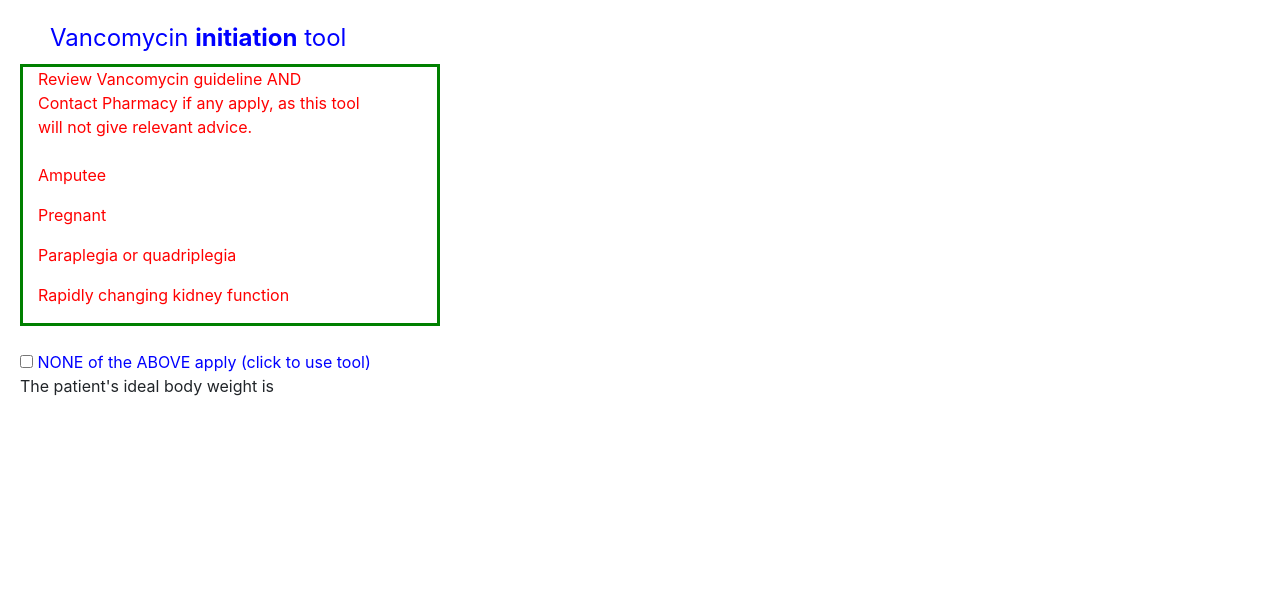
Repository: Mismiles/project-clinical-calculator
Page: index.html
The author's editor kept a record of every edit. The page is drawn from the files as they stood at one moment, then again after the next edit.
The browser window is 1280 px wide. The pictures show the whole page.

Above is the page before.

### index.html
<!doctype html>
<html lang="en">
  <head>
    <!-- Required meta tags -->
    <meta charset="utf-8">
    <meta name="viewport" content="width=device-width, initial-scale=1, shrink-to-fit=no">

    <!-- Bootstrap CSS -->
    <link rel="stylesheet" href="https://stackpath.bootstrapcdn.com/bootstrap/4.3.1/css/bootstrap.min.css" integrity="sha384-ggOyR0iXCbMQv3Xipma34MD+dH/1fQ784/j6cY/iJTQUOhcWr7x9JvoRxT2MZw1T" crossorigin="anonymous">

    <!-- Custom CSS -->
    <link href="css/stylesheet.css" rel="stylesheet">

    <title>Vancomycin calculation tool</title>

  </head>
  <body>

<form name="vanc">
<fieldset>

<!-- Form Name -->
<legend>Vancomycin <b>initiation</b> tool</legend>

<!-- Parameters -->
<section id='parameters'>
  <div class="col-lg-4 statement" for="parameters" style="color:red">Review Vancomycin guideline AND <br> Contact Pharmacy if any apply, as this tool <br> will not give relevant advice.
    <br>
    <br>
    <p>Amputee</p>
    <p>Pregnant</p>
    <p>Paraplegia or quadriplegia</p>
    <p>Rapidly changing kidney function</p>
	</div>
</section>

<!-- Safe to use tool-->
	<br>
	<div style="color:blue">
      <input type="checkbox" name="parameters" id="showform" onclick="displayForm(); hideParameters();">
      NONE of the ABOVE apply (click to use tool)
</div>

<section id='vancform'>
<!-- Indication-->
<br>
<div class="form-group">
  <label class="col-md-4 control-label" for="indication"><b>Indication</b></label>
  <div class="col-md-4">
  <input id="ind" name="indication" type="text" autocomplete="off" placeholder="Specify" class="form-control input-md" required="">
  </div>
</div>

<!-- Gender -->
<div class="form-group">
  <label class="col-md-4 control-label" for="gender"><b>Gender</b></label>
  <div class="col-md-4">
   <div class="btn-group btn-group-toggle" data-toggle="buttons">
  <label class="btn btn-outline-primary">
    <input type="radio" name="options" id="male" value="males" onclick="getGender()"> Male
  </label>
  <label class="btn btn-outline-danger">
    <input type="radio" name="options" id="female" value="females" onclick="getGender()"> Female
  </label>
</div>
  </div>
</div>

<!-- Age-->
<div class="form-group">
  <label class="col-md-4 control-label" for="age"><b>Age</b></label>
  <div class="col-md-4">
  <input id="age" name="age" type="text" maxlength="3" placeholder="Age in years" autocomplete="off" class="form-control input-md" required="">
  </div>
</div>

<!-- Weight-->
<div class="form-group">
  <label class="col-md-4 control-label" for="weight"><b>Weight in kg</b></label>
  <div class="col-md-4">
  <input id="weight" name="weight" type="text" maxlength="3" placeholder="Weight in kg" autocomplete="off" class="form-control input-md" required="">
</div>
</div>

<!-- Date picker-->
<div class="form-group">
        <label class="col-md-4 control-label" for="date"><b>Date Weight Taken</b></label>
          <div class="col-md-4">
        <input id="form-control input-md date" name="date" autocomplete="off" placeholder="MM/DD/YYY" type="date" required="" onclick="verifyDate()">
          </div>
</div>
<p id="datemessage"></p>

  <div class="checkbox">
    <label for="parameters-0">
      <input type="radio" name="parameters" id="abnormalWeight" value="" onclick="toggleIBW(); displayHeight();">
      Abnormal Weight (BMI &lt; 18.5 OR BMI &gt; 25) <br><span style="color:green"><i>Tick to help calculate BMI</i></span>
    </label>
	</div>

	 <div class="checkbox">
    <label for="parameters-1">
      <input type="radio" name="parameters" id="normalweight" value="" onclick="toggleIBW(); displayHeight();">
      Normal weight (BMI &gt; 18.5 and &lt; 25)
    </label>
	</div>
</div>
</div>

<!-- Height-->
<section id="heightbox" class="form-group">
  <label class="col-md-4 control-label" for="height"><b>Height</b></label>
  <div class="col-md-4">
  <input id="height" name="height" type="text" maxlength="3" autocomplete="off" placeholder="Height in cm" class="form-control input-md" required="">
</div>
</section>

<!-- Creatinine-->
<div class="form-group">
  <label class="col-md-4 control-label" for="creatinine"><b>Serum Creatinine in µmol/L</b></label>
  <div class="col-md-4">
  <input id="creatinine" name="creatinine" type="text" autocomplete="off" maxlength="3" placeholder="Creatinine" class="form-control input-md" data-bind="value:replyNumber" required="">
  </div>
</div>

<!-- Button -->
<div class="form-group">
  <label class="col-md-4 control-label" for="calculate"></label>
  <div class="col-md-4">
    <script type="text/javascript" src="js/calculation.js"></script>
    <button id="calc" name="calculate" type="button" class="btn btn-primary" onclick="runCalcs();" >Display dose and monitoring advice</button>
  </div>
</div>

</fieldset>
</form>
</section>

<section id="dosingAdvice">
<p id="indication" class="text">The indication for treatment is</p>
<p id="stat_dose" class="text">Prescribe STAT dose of</p>
<p id="bmi_calc" class="text">The patient's BMI is</p>
<p id="ibw_text" class="text">The patient's ideal body weight is</p>
<p id="result_g" class="text">The CrCl =</p>
<p id="main_dose" class="text">Therefore prescribe</p>
</section>


<!-- Image carousel -->
  <div id="carouselExampleIndicators" class="carousel slide row" data-ride="carousel">
  <ol class="carousel-indicators">
    <li data-target="#carouselExampleIndicators" data-slide-to="0" class="active"></li>
    <li data-target="#carouselExampleIndicators" data-slide-to="1"></li>
    <li data-target="#carouselExampleIndicators" data-slide-to="2"></li>
    <li data-target="#carouselExampleIndicators" data-slide-to="3"></li>
    <li data-target="#carouselExampleIndicators" data-slide-to="4"></li>
    <li data-target="#carouselExampleIndicators" data-slide-to="5"></li>
    <li data-target="#carouselExampleIndicators" data-slide-to="6"></li>
    <li data-target="#carouselExampleIndicators" data-slide-to="7"></li>
    <li data-target="#carouselExampleIndicators" data-slide-to="8"></li>
    <li data-target="#carouselExampleIndicators" data-slide-to="9"></li>
  </ol>
  <div class="carousel-inner">
    <div class="carousel-item active">
      <img class="d-block w-60" src="images/vanc1.jpg" alt="First slide">
    </div>
    <div class="carousel-item">
      <img class="d-block w-60" src="images/app1.jpg" alt="Second slide">
    </div>
    <div class="carousel-item">
      <img class="d-block w-60" src="images/app2.jpg" alt="Third slide">
    </div>
    <div class="carousel-item">
      <img class="d-block w-60" src="images/app3.jpg" alt="Fourth slide">
    </div>
    <div class="carousel-item">
      <img class="d-block w-60" src="images/app41.jpg" alt="Fifth slide">
    </div>
    <div class="carousel-item">
      <img class="d-block w-60" src="images/app42.jpg" alt="Sixth slide">
    </div>
     <div class="carousel-item">
      <img class="d-block w-60" src="images/app43.jpg" alt="Seventh slide">
    </div>
     <div class="carousel-item">
      <img class="d-block w-60" src="images/app5.jpg" alt="Eigth slide">
     </div>
     <div class="carousel-item">
      <img class="d-block w-60" src="images/app6.jpg" alt="Ninth slide">
     </div>
  </div>

  <a class="carousel-control-prev" href="#carouselExampleIndicators" role="button" data-slide="prev">
    <span class="carousel-control-prev-icon" aria-hidden="true"></span>
    <span class="sr-only">Previous</span>
  </a>
  <a class="carousel-control-next" href="#carouselExampleIndicators" role="button" data-slide="next">
    <span class="carousel-control-next-icon" aria-hidden="true"></span>
    <span class="sr-only">Next</span>
  </a>
</div>


    <!-- jQuery first, then Popper.js, then Bootstrap JS -->
    <script src="https://code.jquery.com/jquery-3.3.1.slim.min.js" integrity="sha384-q8i/X+965DzO0rT7abK41JStQIAqVgRVzpbzo5smXKp4YfRvH+8abtTE1Pi6jizo" crossorigin="anonymous"></script>
    <script src="https://cdnjs.cloudflare.com/ajax/libs/popper.js/1.14.7/umd/popper.min.js" integrity="sha384-UO2eT0CpHqdSJQ6hJty5KVphtPhzWj9WO1clHTMGa3JDZwrnQq4sF86dIHNDz0W1" crossorigin="anonymous"></script>
    <script src="https://stackpath.bootstrapcdn.com/bootstrap/4.3.1/js/bootstrap.min.js" integrity="sha384-JjSmVgyd0p3pXB1rRibZUAYoIIy6OrQ6VrjIEaFf/nJGzIxFDsf4x0xIM+B07jRM" crossorigin="anonymous"></script>

        <!-- Calulation JavaScript Code-->
    <script type="text/javascript" href="js/calculation.js"></script>

  </body>
</html>

### css/stylesheet.css
body {
    position: relative;
    font-size: 1em;
    margin-left: 20px;
    margin-top: 20px;

}

legend {
    padding-left: 30px;
    color: blue;
}

.statement {
 border-style: solid;
 border-color: green;
 white-space: nowrap;
 width: 470px;
 overflow: hidden;
 text-overflow: ellipsis;
  }

 .showform {
     color: blue;
 }

#heightbox{
  display: none;
}

#bmi_calc{
    display: none;
}

#vancform {
  display: none;
}

#parameters{
    display: block;
}

#ibw_text{
    display: block;
}

.text{
    margin-bottom: 2px;
    display: none;
}

.datemessage{
    color: red;
}

.text{
    padding-bottom: 0;
}

.carousel {
  width:740px;
  height:860px;
  display: none !important;
}

### js/calculation.js
//declare global variables
    var w = document.getElementById('weight');
    var a = window.document.getElementById('age');
    var h = window.document.getElementById('height');
    var c = window.document.getElementById('creatinine');
    var m = document.getElementById("male");
    var f = document.getElementById("female");
    var normalweight = document.getElementById('normalweight');
    var abnormalWeight = document.getElementById('abnormalWeight');

    console.log('connected');

    // this function displays the form when the checkbox is true
    var checkbox = document.getElementById('showform');
    function displayForm() {
        var vancform = document.getElementById('vancform');

        if (checkbox.checked) {
            vancform.style.display = 'block';
        } else {
            vancform.style.display = 'none';
        }
    }

    //this function hides the parameters to make more space for the form if slected
    function hideParameters() {
        var parameters = document.getElementById('parameters');

         if (checkbox.checked) {
            parameters.style.display = 'none';
        } else {
            parameters.style.display = 'block';
        }
    }

    //this function displays the height box if abnormal weight is slected
    function displayHeight() {
        var heightbox = document.getElementById('heightbox')
        var bmiText = document.getElementById('bmi_calc')

        if (abnormalWeight.checked) {
            heightbox.style.display = 'block';
            bmiText.style.display = 'block';
        } else if (normalweight.checked) {
            heightbox.style.display = 'none';
            bmiText.style.display = 'none';
        }
    }

    //indication statement
    function displayIndication() {
        var ind = document.getElementById('ind').value;
        return document.getElementById('indication').innerHTML = "The indication for treatment is " + "<b>" + ind + "<b>";
    }

        // Initial dose calculation
        var vDose;

        function dose() {
            //get the input
            var weight = w.value;

            if (isNaN(weight)) {
                vDose = "<em>Weight</em>must be a number!";
            } else if (weight < 40) {
                vDose = "750"+"mg";
            } else if (weight >=40 && weight<= 59) {
                vDose = "1000"+"mg";
            } else if (weight >=60 && weight<= 90) {
                vDose = "1500"+"mg";
            } else if (weight >90) {
                vDose = "2000"+"mg";
            }
            document.getElementById("stat_dose").innerHTML = "Prescribe STAT dose of " + "<b>" + vDose + "<b>";
        }


        //Calculate BMI
        var bmi;
        function calculateBmi() {
            var weight = w.value;
            var height = h.value;

            if (isNaN(weight)) {
                bmi = "<em>Weight</em>must be a number!";
            }else if (isNaN(height)) {
                bmi = "<em>Height</em>must be a number!";
            }else if (normalweight.checked) {
                bmi = "normal";
            }else {
                bmi = (weight/(height/100*height/100)).toFixed(2);
        }
            document.getElementById("bmi_calc").innerHTML = "The patient's BMI is  " + "<b>" + bmi +  "<b>";
        }


        function toggleIBW() {
        var ibwtext = document.getElementById('ibw_text');

         if (normalweight.checked) {
            ibwtext.style.display = 'none';
        } else if (abnormalWeight.checked) {
            ibwtext.style.display = 'block';
        }
    }

        // If overweight, calculate IBW
                var IBW;
        function idealBodyWeight () {

            var formula = 0.91 * (h.value - 152.4)

            if (normalweight.checked) {
                 IBW = "normal";
            }else if (bmi > 25 && m.checked) {
                IBW = (50 + formula).toFixed(2);
            }
            else if (bmi > 25 && f.checked) {
                 IBW = (45 + formula).toFixed(2);
            }
            document.getElementById("ibw_text").innerHTML = "The patient's Ideal body weight is  " + "<b>" + IBW + "kg" + "<b>";
        }




        // Crcl without gender or creatinine adjustment
        // var CrCl0;
        // var weight = w.value;
        // var age = a.value;
        // function creatClear() {
        //     var creatinine = c.value;
        //     //get age, weight, creatinie

        //     if (age < 18) {
        //         CrCl0 = "<em>Age</em> cannot equal less than 18!";
        //     } else if (isNaN(age)) {
        //         CrCl0 = "<em>Age</em> must be a number!";
        //     } else if (isNaN(weight)) {
        //         CrCl0 = "<em>Weight</em> must be a number!";
        //     } else if (isNaN(creatinine)) {
        //         CrCl0 = "<em>Creatinine</em> must be a number!";
        //     } else {
        //         CrCl0 = ((140-age)*weight);
        //     }
        // }

        // //CrCl with gender adjustment
        // var genderCalc;
        // function kidneygender(){

        // var male = m.checked;
        // var female = f.checked;
        //     if (male){
        //         genderCalc = CrCl0 *1.23;
        //     } else{
        //         genderCalc = CrCl0 *1.04;
        //     }
        //     document.getElementById("result_g").innerHTML = "The CrCl =  " + "<b>" + (genderCalc/c.value).toFixed(2) + "</b>";
        // }

        var vancRenal;
        function vancCrcl() {
        var male = m.checked;
        var female = f.checked;
        var creatinine = c.value;
        var weight = w.value;
        var age = a.value;

            if (bmi >25 && male){
                vancRenal = ((140-age)* IBW * 1.23)/creatinine;
            }else if (bmi >25 && female){
                vancRenal = ((140-age)* IBW * 1.04)/creatinine;
            }else if (male && normalweight.checked){
                vancRenal = ((140-age)* weight * 1.23)/creatinine;
            }else if (female && normalweight.checked){
                vancRenal = ((140-age)* weight * 1.04/creatinine);
            }
            document.getElementById("result_g").innerHTML = "The CrCl =  " + "<b>" + vancRenal.toFixed(2) + "ml" +"/min" + "</b>";
        }


           var mDose;
    function maintDose() {
            //get the input


             if (isNaN(vancRenal)) {
                mDose = "fill out form properly";
            } else if (vancRenal>= 110) {
                mDose = "1500"+"mg"+" every 12 hours," + " request a drug level on ICE and JAC before the 4th dose. This includes the STAT dose";
            } else if (vancRenal >=90 && vancRenal<= 110) {
                mDose = "1250"+"mg"+" every 12 hours," + " request a drug level on ICE and JAC before the 4th dose. This includes the STAT dose";
            } else if (vancRenal >=75 && vancRenal<= 89) {
                mDose = "1000"+"mg"+" every 12 hours," + " request a drug level on ICE and JAC before the 4th dose. This includes the STAT dose";
            } else if (vancRenal >=55 && vancRenal<= 74) {
                mDose = "750"+"mg"+" every 12 hours," + " request a drug level on ICE and JAC before the 4th dose. This includes the STAT dose";
            } else if (vancRenal >=40 && vancRenal<= 54) {
                mDose = "500"+"mg"+" every 12 hours," + " request a drug level on ICE and JAC before the 4th dose. This includes the STAT dose";
            } else if (vancRenal >=30 && vancRenal<= 39) {
                mDose = "750"+"mg"+" every 24 hours,"+ " request a drug level on ICE and JAC before the 3rd dose. This includes the STAT dose";
            } else if (vancRenal >=20 && vancRenal<= 29) {
                mDose = "500"+"mg"+" every 48 hours," + " request a drug level on ICE and JAC before the 3rd dose. This includes the STAT dose";
            } else if (vancRenal >=10 && vancRenal<= 20) {
                mDose = "500"+"mg"+" every 48 hours," + " request a drug level on ICE and JAC before the 2nd dose. This includes the STAT dose";
            } else if (vancRenal <=10) {
                mDose = "500"+"mg"+" every 48 hours,"+ " request a drug level on ICE every 24 hours. This includes the STAT dose";
            }


            document.getElementById("main_dose").innerHTML = "Prescribe maintenance dose of " + "<b>" + mDose + "<b>";
        }

           function dosing_Advice() {
        var dAdvice = document.getElementById('dosingAdvice');

         { dAdvice.style.display = 'block';
        }
    }


        function runCalcs() {
            dose();
            calculateBmi();
            displayIndication();
            idealBodyWeight();
            vancCrcl();
            maintDose();
            dosing_Advice();
        }


        ///Vancomycin initiation dosing tool (all in bold)
        ///put not suitable for those ALREADY ON VANCOMYCIN
        /// Make calendar obvious

After the next edit:
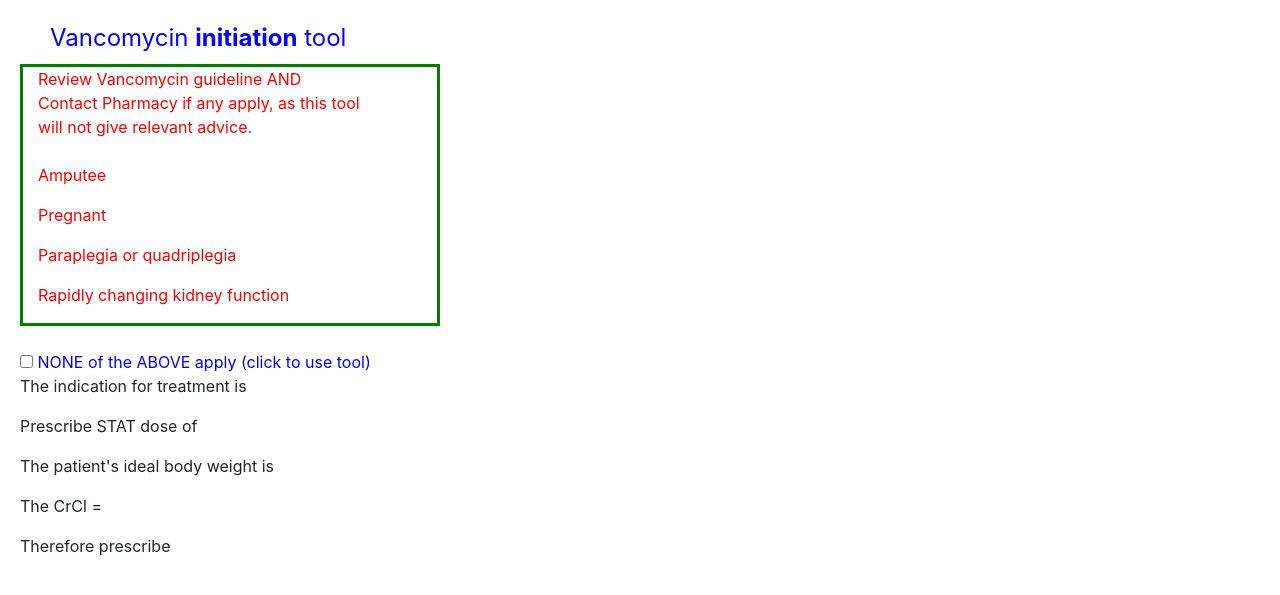
The edit:
--- a/css/stylesheet.css
+++ b/css/stylesheet.css
@@ -44,7 +44,7 @@
     display: block;
 }
 
-.text{
+{
     margin-bottom: 2px;
     display: none;
 }
